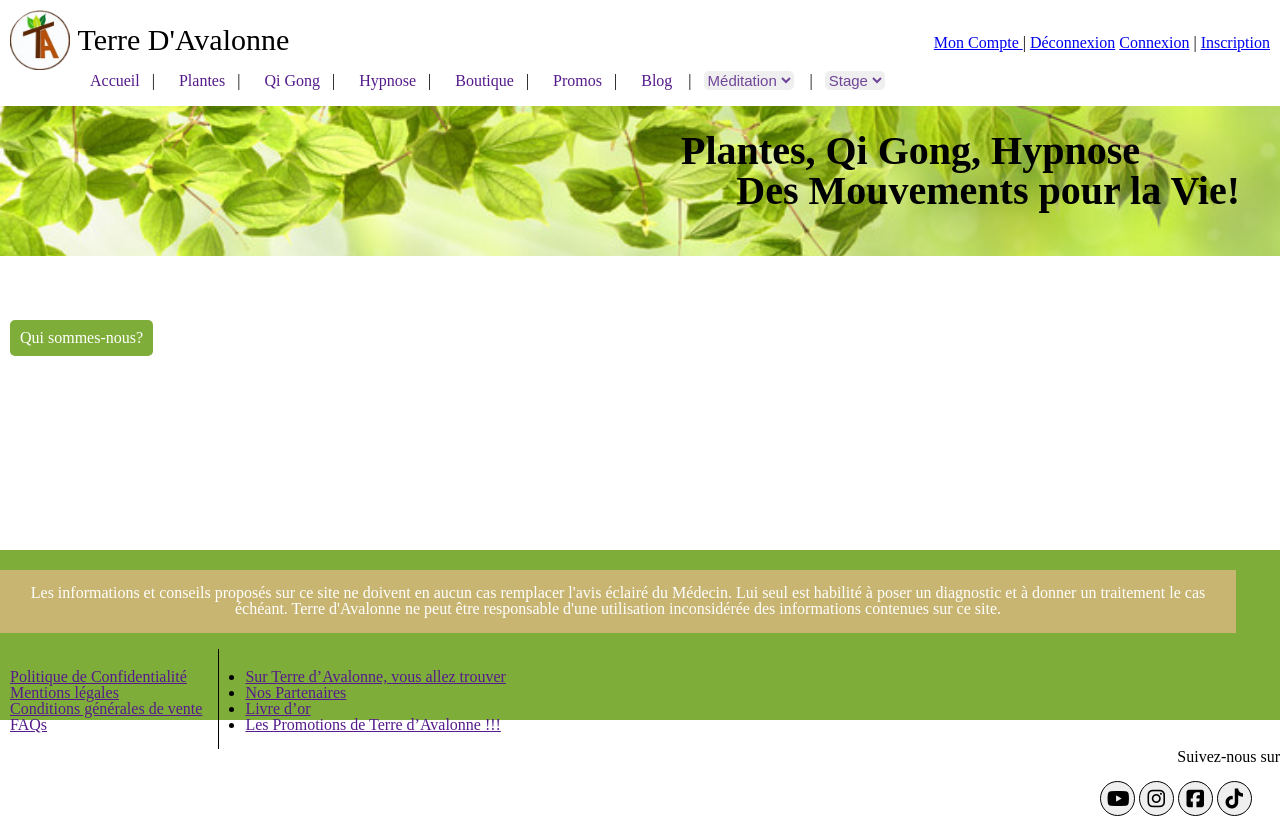
Repository: Michelhof1978/TerreDavalonne
Page: templates/base.html
These files come from the project's save history. The page is drawn as it stood at one moment and after a run of saves; the edit follows.
The browser window is 1280 px wide. The pictures show the whole page.
Some web fonts or font styles are not loaded; a fallback is used. Some web libraries are served in a nearby version.

Above is the page before, as saved 2022-05-04 16:11:00.

### templates/base.html
<!DOCTYPE html>
<html lang="fr">

<head>
  <meta charset="UTF-8">
  <meta http-equiv="X-UA-Compatible" content="IE=edge">
  <meta name="viewport" content="width=device-width, initial-scale=1.0">
  <title>Newsletter</title>
  <link rel="stylesheet" href="/assets/reset.css" type="text/css">
  <script src="https://kit.fontawesome.com/a9becd4f18.js" crossorigin="anonymous"></script>
  <link rel="preconnect" href="https://fonts.googleapis.com">
  <link rel="preconnect" href="https://fonts.gstatic.com" crossorigin>
  <link
    href="https://fonts.googleapis.com/css2?family=Cairo:wght@500&family=Dancing+Script:wght@600;700&family=Ms+Madi&family=Updock&display=swap"
    rel="stylesheet">
</head>

<body>
  <header>
    <div style="float: left; padding:auto">
      <img class="logoTerreDavalonne" src="/assets/img/logoTerreDavalonne.png" alt="logo terre d'avalonne">
    </div>
    <div style="padding:10px">
      <h1 style="margin-top:15px">&nbspTerre D'Avalonne</h1>
    </div>

    <div class="login">

      <a href="{{path('account')}}">Mon Compte <small> </small></a> | <a href="{{path('app_logout')}}">Déconnexion</a>

      <a href="{{path('app_login')}}">Connexion</a> | <a href="{{path('registrer')}}">Inscription</a>

    </div>
    </div>


    <nav>
      <ul class="nav">
        <li class="nav-item">
          <a class="nav-link" href="">Accueil</a>&nbsp&nbsp&nbsp|
        </li>

        <li class="nav-item">
          <a class="nav-link" href="">Plantes</a>&nbsp&nbsp&nbsp|
        </li>

        <li class="nav-item">
          <a class="nav-link" href="">Qi Gong</a>&nbsp&nbsp&nbsp|
        </li>

        <li class="nav-item">
          <a href="">Hypnose</a>&nbsp&nbsp&nbsp|
        </li>

        <li class="nav-item">
          <a class="nav-link" href="">Boutique</a>&nbsp&nbsp&nbsp|
        </li>

        <li class="nav-item">
          <a class="nav-link" href="">Promos</a>&nbsp&nbsp&nbsp|
        </li>

        <li class="nav-item">
          <a class="nav-link" href="">Blog </a>&nbsp&nbsp&nbsp|&nbsp&nbsp
        </li>

        <select class=form-control>
          <option value=un>Méditation</option>
          <option value=deux>Deux</option>
          <option value=trois>Trois</option>
        </select>
        &nbsp&nbsp&nbsp|&nbsp&nbsp
        <select class=form-control>
          <option value=un>Stage</option>
          <option value=deux>Deux</option>
          <option value=trois>Trois</option>
        </select>
      </ul>

    </nav>




  </header>

  <div class="banniere">
    <div class="btn-banniere">
      <a class="link-banniere" href="">Qui sommes-nous?</a>
    </div>

    <div class="textBaniere ">Plantes, Qi Gong, Hypnose &nbsp&nbsp&nbsp&nbsp&nbsp&nbsp&nbsp&nbsp&nbsp<br>
      Des Mouvements pour la Vie!
    </div>
  </div>


















  <footer>
    <p class="warning"> Les informations et conseils proposés sur ce site ne doivent en aucun cas remplacer l'avis éclairé du Médecin.
      Lui seul est habilité à poser un diagnostic et à donner un traitement le cas échéant. Terre d'Avalonne ne peut être responsable d'une utilisation inconsidérée des informations contenues sur ce site.
    </p>
    <div style="display: flex;">
      <ul class="ulFooter">
        <li>
          <a href="">Politique de Confidentialité</a>
        </li>
        <li>
          <a href="">Mentions légales</a>
        </li>
        <li class>
          <a href="">Conditions générales de vente</a>
        </li>
        <li class>
          <a href="">FAQs</a>
        </li>
      </ul>
      <div class="footer-separator"></div>
      <ul class="ulFooter">
        <li>
          <a href="">Sur Terre d’Avalonne, vous allez trouver</a>
        </li>
        <li>
          <a href="">Nos Partenaires</a>
        </li>
        <li class>
          <a href="">Livre d’or</a>
        </li>
        <li class>
          <a href="">Les Promotions de Terre d’Avalonne !!!</a>
        </li>
      </ul>
    </div>

    <div class="reseaux">
      <p class="suivez-nous">Suivez-nous sur</p>
      <div class="reseauButton">
        <button class="reseaux1"><a href="https://www.youtube.com/results?search_query=terre+d%27avalonne" <i
            class="fa-brands fa-youtube" style="font-size:20px;text-decoration:none;color:black;"></i></a></button>
        <button class="reseaux2"><a href="https://www.instagram.com/terredavalonne/" <i class="fa fa-instagram"
            style="font-size:20px;text-decoration:none;color:black;"></i></a></button>
        <button class="reseaux3"><a href="https://www.facebook.com/Avalonne.naturopathe.lyon/" <i
            class="fa-brands fa-facebook-square"
            style="font-size:20px;text-decoration:none;color:black;"></i></a></button>
        <button class="reseaux4"><a href="https://www.tiktok.com/@terre_d_avalonne" <i class="fa-brands fa-tiktok"
            style="font-size:20px;text-decoration:none;color:black;"></i></a></button>

      </div>

  </footer>



</body>

<style>
  .logoTerreDavalonne {
    width: 60px;
    height: 60px;
    margin-left: 10px;
    margin-top: 10px;
  }

  h1 {
    font-size: 30px;
    margin: auto;
  }

  .login {
    text-align: end;
    color: black;
    text-decoration: none;
    margin-right: 10px;
    margin-top: -30px;
  }

  ul {
    padding-top: 20px;
    font-size: 1rem;

  }

  .nav-item {
    display: inline;
    padding-left: 20px;

  }

  nav a {
    text-decoration: none;
  }


  nav a:hover {
    color: #0d3d9e;
  }

  .form-control {
    border-radius: 5px;
    border: 0px solid;
    font-size: 15px;
    color: rgba(89, 37, 135, 0.845);
  }

  .banniere {
    background-image: url("/assets/img/BanniereProvisoir.jpg");
    background-size: 100%;
    height: 150px;

  }



  .textBaniere {

    padding-right: 40px;
    font-size: 40px;
    text-align: right;
    padding-top: 25px;
    font-weight: 600;
    font-family: 'Cairo', sans-serif;
    font-family: 'Dancing Script', cursive;
    font-family: 'Ms Madi', cursive;
    font-family: 'Updock', cursive;

  }

  .link-banniere{
    text-decoration: none;
    color: white;
  }

  .btn-banniere {

    background-color: #7FAD39;
    padding: 10px;
    border-radius: 5px;
    cursor: pointer;
    position: absolute;
    top: 43%;
    margin: 10px;
    text-decoration: none;
    color: white;

  }

  .btn-banniere:hover {
    background-color: #99f80a;
  }


  .reseauButton {
    padding-right: 28px;
  }

  footer {
    position: absolute;
    bottom: 0;
    width: 100%;
    height: 150px;
    background-color: #7FAD39;
    padding-top: 20px;
  }

  .warning{
    height: 3em;
    width: 95%;
    padding-left: ;
    background-color: #C8B572 ;
    color: white;
    padding-top: 15px;
    padding-left: 10px;
    padding-right: 10px;
    text-align: center;
  }

  .ulFooter {
    text-align: left;
    padding-left: 10px;

  }



  .footer-separator {
    width: 1px;
    margin-left: 16px;
    margin-right: 16px;
    background-color: #000;
  }

  .reseaux {
    text-align: end;
  }

  .reseaux1,
  .reseaux2,
  .reseaux3,
  .reseaux4 {
    height: 35px;
    width: 35px;
    border-radius: 50%;
    border: 1px solid #000;
    text-align: end;
    padding-right: 8px;
  }

  .reseaux1:hover {

    background-color: rgba(224, 107, 107, 0.919);
  }

  .reseaux2:hover {
    background-color: rgba(168, 73, 168, 0.848);
  }

  .reseaux3:hover {
    background-color: rgba(63, 162, 189, 0.554);
  }

  .reseaux4:hover {
    background-color: rgb(230, 157, 12);
  }
</style>

</html>

### assets/reset.css

  html,
  body,
  div,
  span,
  applet,
  object,
  iframe,
  h1,
  h2,
  h3,
  h4,
  h5,
  h6,
  p,
  blockquote,
  pre,
  a,
  abbr,
  acronym,
  address,
  big,
  cite,
  code,
  del,
  dfn,
  em,
  img,
  ins,
  kbd,
  q,
  s,
  samp,
  small,
  strike,
  strong,
  sub,
  sup,
  tt,
  var,
  b,
  u,
  i,
  center,
  dl,
  dt,
  dd,
  ol,
  ul,
  li,
  fieldset,
  form,
  label,
  legend,
  table,
  caption,
  tbody,
  tfoot,
  thead,
  tr,
  th,
  td,
  article,
  aside,
  canvas,
  details,
  embed,
  figure,
  figcaption,
  footer,
  header,
  hgroup,
  menu,
  nav,
  output,
  ruby,
  section,
  summary,
  time,
  mark,
  audio,
  video {
    margin-left: 0;
    margin-right: 0;
    margin-top: 0;
    padding: 0;
    border: 0;
    font-size: 100%;
    font: inherit;
    vertical-align: baseline;
  }

  /* HTML5 display-role reset for older browsers */
  article,
  aside,
  details,
  figcaption,
  figure,
  footer,
  header,
  hgroup,
  menu,
  nav,
  section {
    display: block;
  }

  body {
    line-height: 1;
  }

After the next 3 saves:
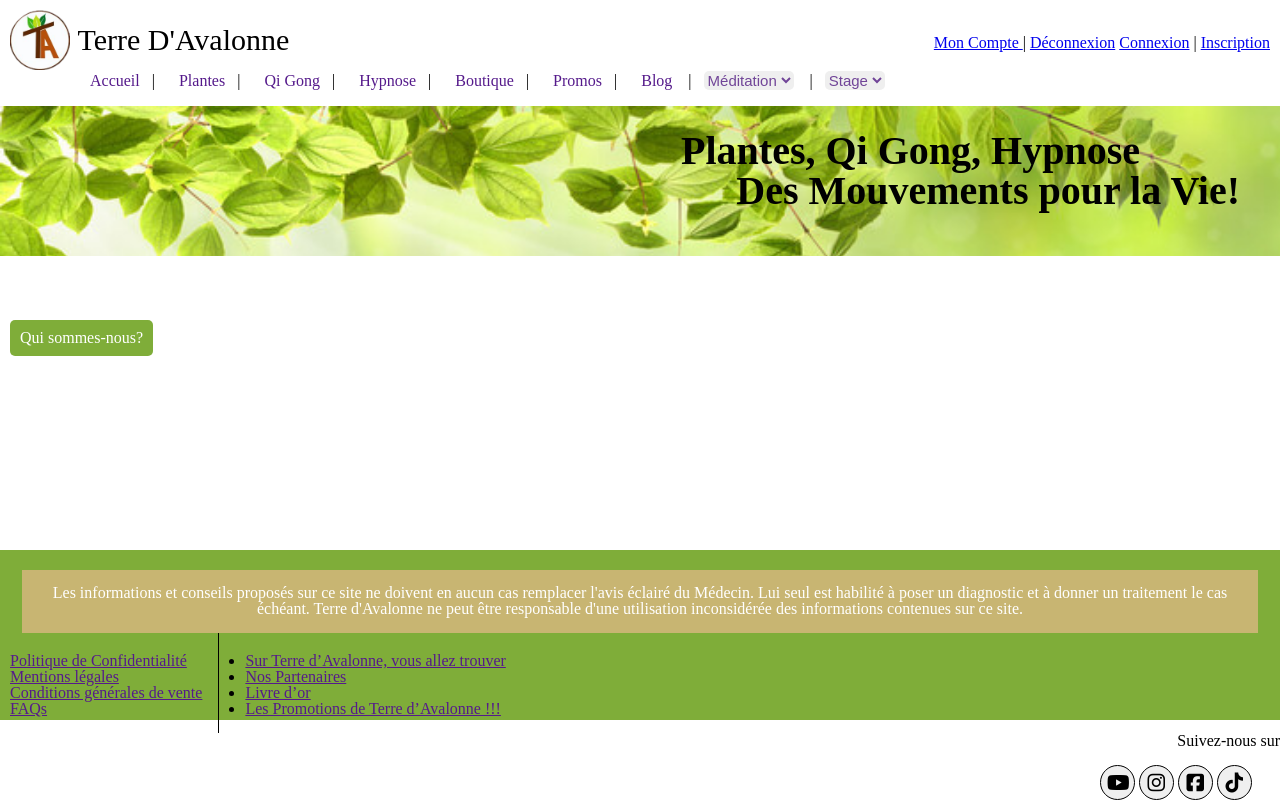
The 3 saves are shown as one change because they came seconds apart.
The last was saved 13 s later.
--- a/templates/base.html
+++ b/templates/base.html
@@ -280,7 +280,7 @@
   .warning{
     height: 3em;
     width: 95%;
-    padding-left: ;
+    margin: auto;
     background-color: #C8B572 ;
     color: white;
     padding-top: 15px;
